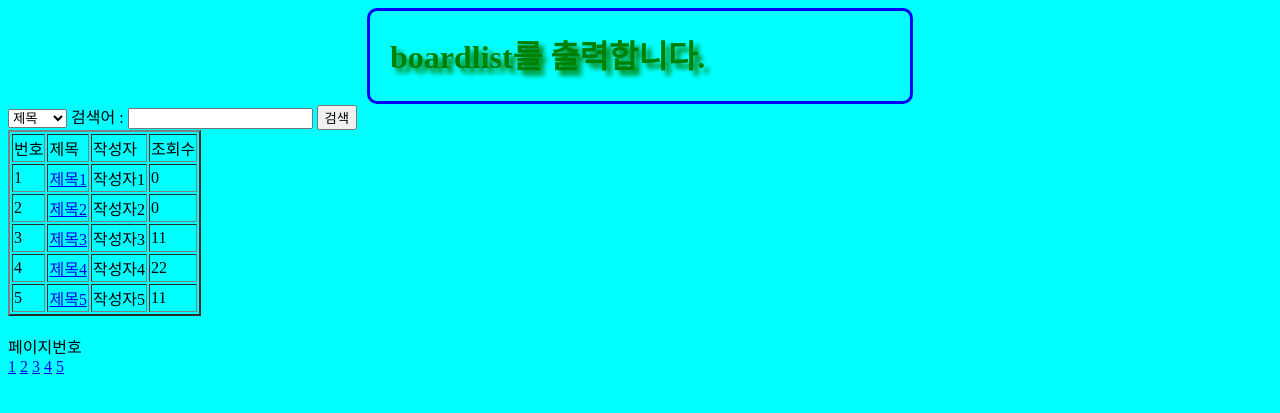
Repository: Pang-Ho/TIL
Page: JavaScript/workspace_web/htmltest/WebContent/boardlist.html
The author's editor kept a copy of each file at every save. The page is drawn from the files as they stood at one save, then again after the next save.
The browser window is 1280 px wide. The pictures show the whole page.

Above is the page before, as saved 2021-08-20 08:38:26.

After the next save:
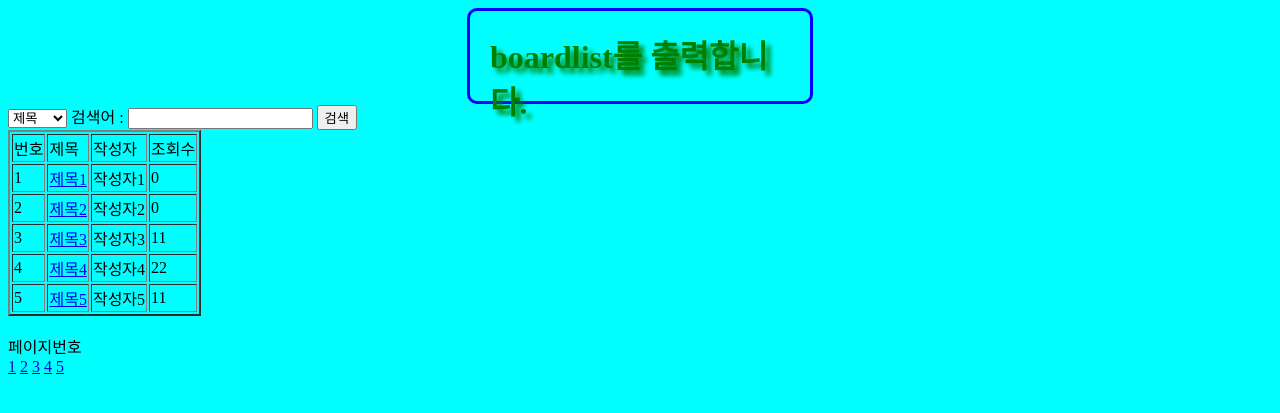
Saved 18 s later.
--- a/JavaScript/workspace_web/htmltest/WebContent/boardlist.html
+++ b/JavaScript/workspace_web/htmltest/WebContent/boardlist.html
@@ -9,13 +9,13 @@
 	}
 	h1{
 	color : green;
-	width : 500px;
+	width : 300px;
+	margin:auto;
 	text-shadow : 5px 5px 5px green;
 	height : 50px;
 	padding : 20px;
 	border : solid blue;
 	border-radius: 10px 10px 10px 10px;
-	margin:auto;
 	}
 </style>
 
